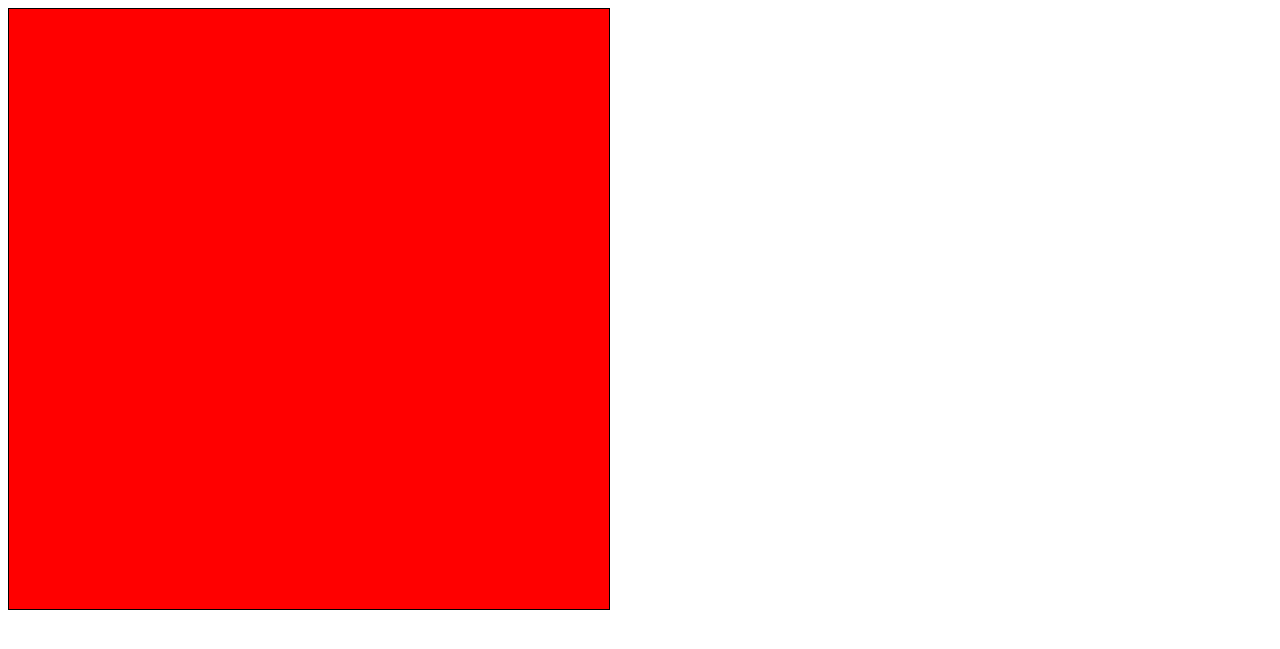
Repository: melon-husk/snakeGame
Page: index2.html
The author's editor kept a copy of each file at every save. The page is drawn from the files as they stood at one save, then again after the next save.
The browser window is 1280 px wide. The pictures show the whole page.

Above is the page before, as saved 2020-05-22 20:31:43.

### index2.html


<html>
    <head>
        <title>Snake Game Exploit tail by Zer00s </title>
        <style>
            canvas{
                display: block;
                margin: 0 auto;
            }
        </style>
    </head>
    <div id="gameBox" style="margin: 0px;"></div>
    <script src="script.js"></script>
</html>

### script.js
const boxWidth = 600;
const boxHeight = 600;
const elementsX = 50;
const elementsY = 50;
const elementWidth = Math.floor(boxWidth / elementsX);
const elementHeight = Math.floor(boxHeight / elementsY);
const boxXelements = Math.floor(boxWidth / elementWidth);
const boxYelements = Math.floor(boxHeight / elementHeight);
const boxEnemyCount = 5;
const boxFriendCount = 10;
const backGroundColor = "red";
var cvs = document.createElement('canvas');

cvs.id = "gameCanvas";
cvs.width = boxWidth;
cvs.height = boxHeight;
cvs.style.border = "1px solid";
cvs.style.display = "block";
cvs.style.margin = "0px 0px 0px 0px"; // cvs.style.margin = "0 auto";
cvs.style.background = backGroundColor;
cvs.style.padding = "0px";
var body = document.getElementById("gameBox");
body.appendChild(cvs);

const ctx = cvs.getContext("2d");


const friendImg = new Image();
friendImg.src = "friend.png";
const enemyImg = new Image();
enemyImg.src = "enemy.png";

let snake = [];

snake[0] = {
    x : elementWidth*(boxXelements/2),
    y : elementHeight*(boxYelements/2)
};

function getNewElement(){
    return{
        x : Math.floor(Math.random()*boxXelements)* elementWidth,
        y : Math.floor(Math.random()*boxYelements)*elementHeight
    };
}
// create the friend
let friends= [];
for(let i = 0; i < boxFriendCount; i++){
    friends.push( getNewElement());
}
// create the enemy

let enemy = getNewElement();

// create the score var

let score = 0;

//control the snake

let d;

document.addEventListener("keydown",direction);

function direction(event){
    let key = event.keyCode;
    if( key == 37 && d != "RIGHT"){
        d = "LEFT";
    }else if(key == 38 && d != "DOWN"){
        d = "UP";
    }else if(key == 39 && d != "LEFT"){
        d = "RIGHT";
    }else if(key == 40 && d != "UP"){
        d = "DOWN";
    }
    return d;
}

// cheack collision function
function collision(head,array){
    for(let i = 0; i < array.length; i++){
        if(head.x == array[i].x && head.y == array[i].y){
            return true;
        }
    }
    return false;
}

// draw everything to the canvas
const enemies=3;
function drawSnakeMovement(snakeArr){
    let snakeTail = snakeArr[snakeArr.length-1];
    let snakeHead = snakeArr[0];
    // Remove tail
    ctx.fillStyle = "blue";
    ctx.fillRect(snakeTail.x, snakeTail.y, elementWidth, elementHeight);
    // Draw new snake head
    ctx.fillStyle = "green";
    ctx.fillRect(snakeHead.x,snakeHead.y,elementWidth,elementHeight);
    // Set Border
  //  ctx.strokeStyle = "red";
 //   ctx.strokeRect(snakeHead.x,snakeHead.y,elementWidth,elementHeight);
}

function draw(){
    if( d == "LEFT") snakeX -= elementWidth;
    if( d == "UP") snakeY -= elementHeight;
    if( d == "RIGHT") snakeX += elementWidth;
    if( d == "DOWN") snakeY += elementHeight;
    if( d == "A") snakeX -= elementWidth;
    if( d == "W") snakeY -= elementHeight;
    if( d == "D") snakeX += elementWidth;
    if( d == "S") snakeY += elementHeight;
}
function initialCanvasDraw(){
    ctx.fillStyle = backGroundColor;
    ctx.fillRect(0, 0, boxWidth, boxHeight);

    for( let i = 0; i < friends.length ; i++){
        ctx.drawImage(friendImg, friends[i].x, friends[i].y,elementWidth,elementHeight);
    }
    return;
    ctx.drawImage(enemyImg, enemy.x, enemy.y,elementWidth,elementHeight);
}

function redraw(recursive=false,isFriend=null){
// old head position
let snakeX = snake[0].x;
let snakeY = snake[0].y;

    //ctx.fillStyle = backGroundColor;
    //ctx.fillRect(0, 0, boxWidth, boxHeight);
/*
    for( let i = 0; i < snake.length ; i++){
        ctx.fillStyle = ( i == 0 )? "green" : "white";
        ctx.fillRect(snake[i].x,snake[i].y,elementWidth,elementHeight);

        ctx.strokeStyle = "red";
        ctx.strokeRect(snake[i].x,snake[i].y,elementWidth,elementHeight);
    }
*/
    //drawSnakeMovement(snake);

    /*for( let i = 0; i < friends.length ; i++){
        ctx.drawImage(friendImg, friends[i].x, friends[i].y,elementWidth,elementHeight);
    }*/

    //ctx.drawImage(enemyImg, enemy.x, enemy.y,elementWidth,elementHeight);


    // which direction
    if( d == "LEFT") snakeX -= elementWidth;
    if( d == "UP") snakeY -= elementHeight;
    if( d == "RIGHT") snakeX += elementWidth;
    if( d == "DOWN") snakeY += elementHeight;
    if( d == "A") snakeX -= elementWidth;
    if( d == "W") snakeY -= elementHeight;
    if( d == "D") snakeX += elementWidth;
    if( d == "S") snakeY += elementHeight;
    let foundfriend = false;
    let foundenemy= false;
    // if the snake eats the friend
    if( collision({x:snakeX,y:snakeY},friends)){
        score=score+1;
        //friends.push(friend);
        let friend = getNewElement();
        friends.push(friend);
        foundfriend=true;
        // we don't remove the tail
    }
    // if the snake eats the enemy
    else if(snakeX == enemy.x && snakeY == enemy.y){ // Check Enemies vector for current position
        score=score-1;

        enemy =getNewElement();

        foundenemy=true;
        snake.pop();
        snake.pop();

        // we don't remove the tail
    }else{
        if(!recursive && isFriend == null){
            snake.pop();
    }   else if(recursive && !isFriend){
            snake.pop();

        }
    }

    // add new Head

    let newHead = {
        x : snakeX,
        y : snakeY
    }

    // game over
    //console.log(snakeY);
    if(snakeX < 0 || snakeX >= boxWidth|| snakeY < 0|| snakeY >= boxHeight || collision(newHead,snake)){


        console.log(newHead);
        clearInterval(game);
        return;
    }

    snake.unshift(newHead);

    if(foundfriend){
           redraw(true,true);
    }else if(foundenemy){
            redraw(true,false);
    }

    // Create grid

   /*

   for (i = 0; i < boxWidth; i += elementWidth) {
        ctx.moveTo(0, i);
        ctx.lineTo(boxWidth, i);
        ctx.stroke();
    }

    for (i = 0; i <boxHeight; i += elementHeight) {
        ctx.moveTo(i, 0);
        ctx.lineTo(i,boxHeight);
        ctx.stroke();
    }

    */
}

// call draw function every 100 ms
initialCanvasDraw();
let game = setInterval(redraw,100);

After the next save:
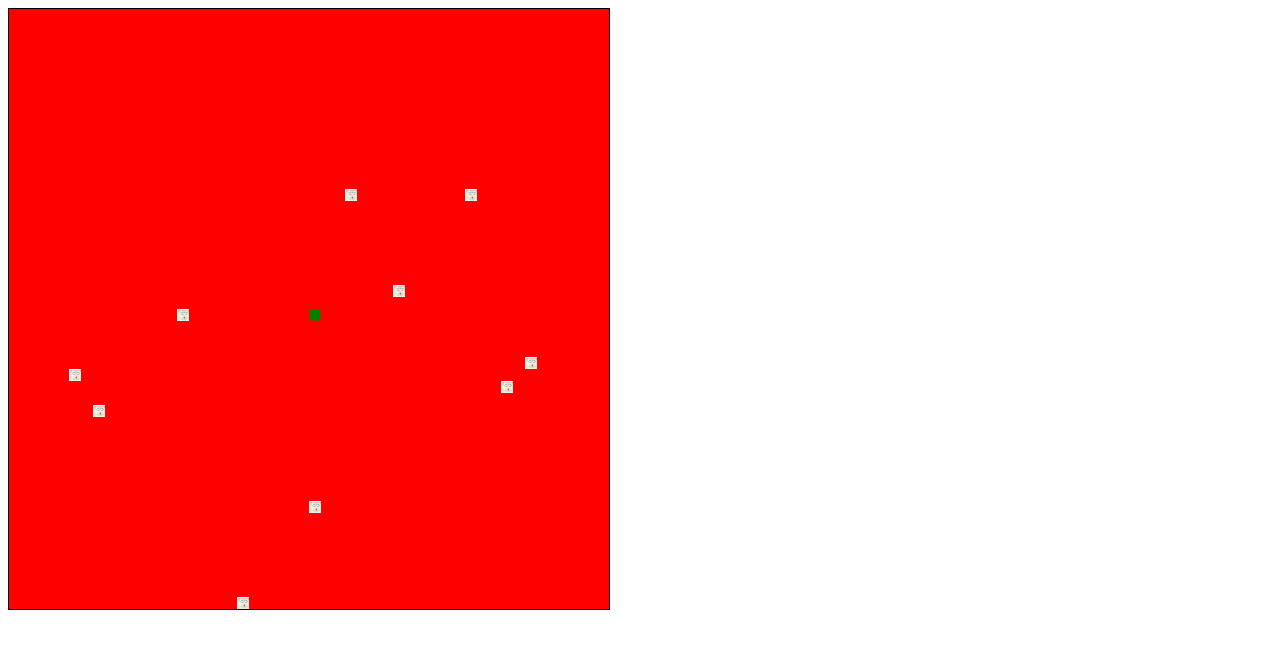
Saved 93 s later.
--- a/script.js
+++ b/script.js
@@ -127,10 +127,10 @@
 // old head position
 let snakeX = snake[0].x;
 let snakeY = snake[0].y;
-
+initialCanvasDraw();
     //ctx.fillStyle = backGroundColor;
     //ctx.fillRect(0, 0, boxWidth, boxHeight);
-/*
+
     for( let i = 0; i < snake.length ; i++){
         ctx.fillStyle = ( i == 0 )? "green" : "white";
         ctx.fillRect(snake[i].x,snake[i].y,elementWidth,elementHeight);
@@ -138,7 +138,7 @@
         ctx.strokeStyle = "red";
         ctx.strokeRect(snake[i].x,snake[i].y,elementWidth,elementHeight);
     }
-*/
+
     //drawSnakeMovement(snake);
 
     /*for( let i = 0; i < friends.length ; i++){
@@ -233,5 +233,5 @@
 }
 
 // call draw function every 100 ms
-initialCanvasDraw();
+//initialCanvasDraw();
 let game = setInterval(redraw,100);
